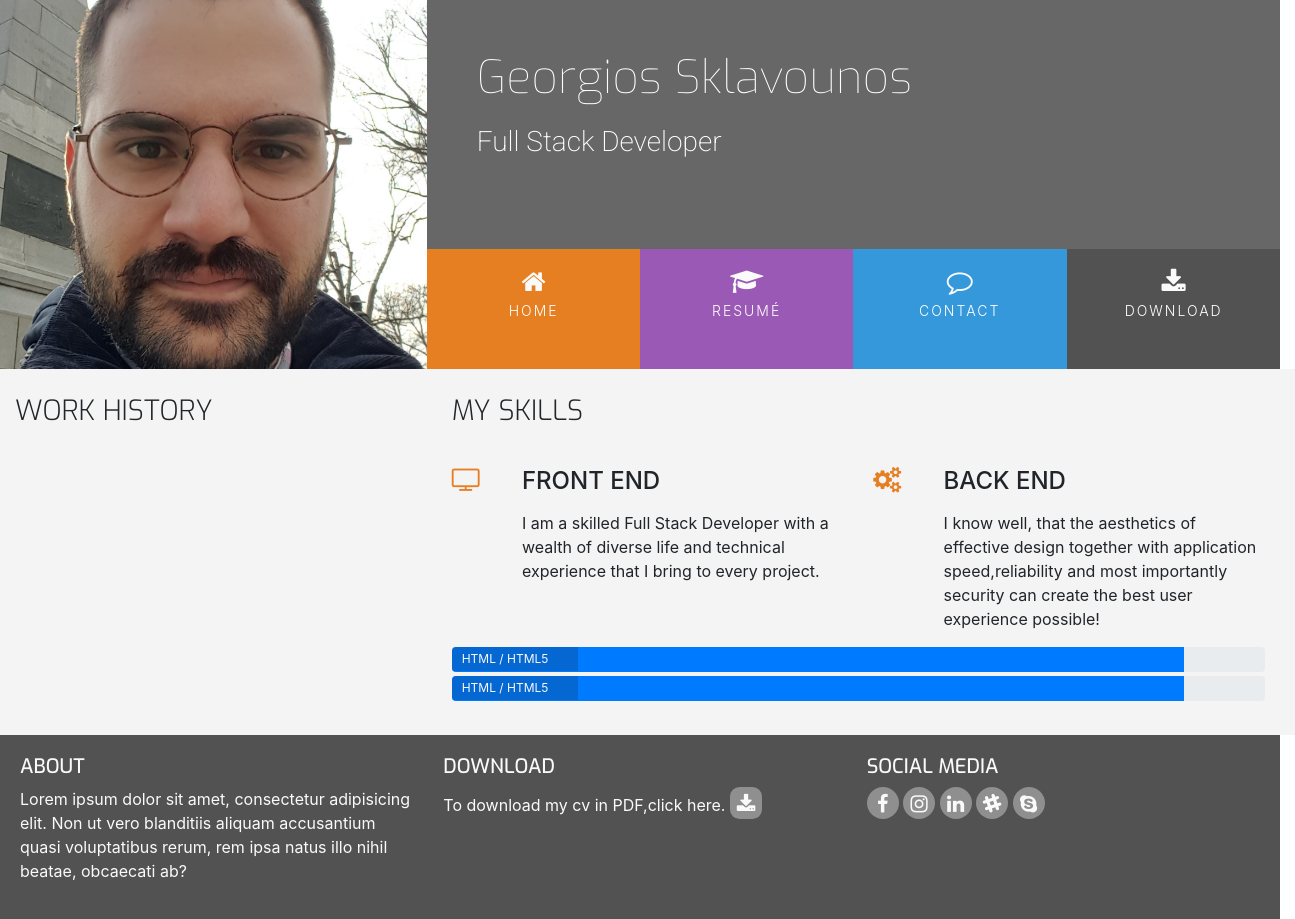
Repository: GeorgiosSklav/MyResume
Page: resume.html
The author's editor kept a record of every edit. The page is drawn from the files as they stood at one moment, then again after the next edit.
The browser window is 1280 px wide. The page is 1295 px wide, so the pictures cover 1295 px, including what lies to the right of the window. The pictures show the whole page.

Above is the page before.

### resume.html
<!DOCTYPE html>
<html lang="en">

<head>
    <meta charset="UTF-8">
    <meta name="viewport" content="width=device-width, initial-scale=1.0">
    <meta http-equiv="X-UA-Compatible" content="ie=edge">
    <link rel="stylesheet" href="https://stackpath.bootstrapcdn.com/bootstrap/4.3.1/css/bootstrap.min.css" type="text/css" />
    <link rel="stylesheet" href="https://stackpath.bootstrapcdn.com/font-awesome/4.7.0/css/font-awesome.min.css" type="text/css" />
    <link rel="stylesheet" href="assets/css/style.css" type="text/css" />
    <link rel="stylesheet" href="https://cdnjs.cloudflare.com/ajax/libs/hover.css/2.3.1/css/hover-min.css" type="text/css" />
    <title>Georgios Sklavounos resume</title>
</head>

<body>
    <header>
        <div class="row no-gutters">
            <a href="index.html" class="col-md-4 logo">

            </a>
            <div class="col-md-8">
                <div class="row no-gutters bg-color-name-title">
                    <div class="col heading">
                        <h1 class="name">Georgios Sklavounos</h1>
                        <h2 class="title">Full Stack Developer</h2>
                    </div>
                </div>
                <div class="row no-gutters">
                    <div class="col">
                        <ul id="nav" class="list-inline menucontainer">
                            <li class="col-6 col-sm-3 color-home list-inline-item menu-item">
                                <a href="#" class="hvr-sweep-to-right"><i class="fa fa-home" aria-hidden="true"></i><span>Home</span></a>
                            </li>
                            <li class="col-6 col-sm-3 color-resume list-inline-item menu-item">
                                <a href="#" class="hvr-sweep-to-left"><i class="fa fa-graduation-cap" aria-hidden="true"></i><span>Resumé</span></a>
                            </li>
                            <li class="col-6 col-sm-3 color-contact list-inline-item menu-item">
                                <a href="#" class="hvr-sweep-to-right"><i class="fa fa-comment-o" aria-hidden="true"></i><span>Contact</span></a>
                            </li>
                            <li class="col-6 col-sm-3 color-download list-inline-item menu-item">
                                <a href="#" class="hvr-sweep-to-left"><i class="fa fa-download" aria-hidden="true"></i><span>Download</span></a>
                            </li>
                        </ul>
                    </div>
                </div>
            </div>
    </header>
    <setion class="container-fluid">
        <div class="row">
            <div class="col-md-4 bg-color-personal-info section-column">
                <div class="row">
                    <div class="col-12">
                        <h3 class="section-heading uppercase">Work History</h3>
                    </div>
                </div>
            </div>
            <div class="col-md-8 bg-color-three-reasons section-column">
                <div class="row">
                    <div class="col">
                        <h3 class="section-heading uppercase">My Skills</h3>
                    </div>
                </div>
                <div class="row">
                    <div class="col-10 offset-1 offset-sm-0 col-sm-4 col-md-6">
                        <div class="row">
                            <div class="col-2">
                                <i class="three-reasons-icon fa fa-tv" aria-hidden="true"></i>
                            </div>
                            <div class="col-10">
                                <h4 class="three-reason-heading uppercase">Front End</h4>
                                <p>I am a skilled Full Stack Developer with a wealth of diverse life and technical experience that I bring to every project.</p>
                            </div>
                        </div>
                    </div>
                    <div class="col-10 offset-1 offset-sm-0 col-sm-4 col-md-6">
                        <div class="row">
                            <div class="col-2">
                                <i class="three-reasons-icon fa fa-gears" aria-hidden="true"></i>
                            </div>
                            <div class="col-10">
                                <h4 class="three-reason-heading uppercase">Back End</h4>
                                <p>I know well, that the aesthetics of effective design together with application speed,reliability and most importantly security can create the best user experience possible!</p>
                            </div>
                        </div>
                    </div>
                </div>
                <div class="row">
                    <div class="col">
                        <div class="progress">
                            <div class="progress-bar" role="progressbar" aria-valuenow="90" aria-valuemin="0" aria-valuemax="100" style="width:90%;">
                                <span class="sr-only">90% complete</span>
                            </div>
                            <span class="progress-type">HTML / HTML5</span>
                        </div>
                         <div class="progress">
                            <div class="progress-bar" role="progressbar" aria-valuenow="90" aria-valuemin="0" aria-valuemax="100" style="width:90%;">
                                <span class="sr-only">90% complete</span>
                            </div>
                            <span class="progress-type">HTML / HTML5</span>
                        </div>
                    </div>
                </div>
            </div>
        </div>
    </setion>
    <footer class="container-fluid">
        <div class="row" id="footer-details">
            <div class="col-sm-4">
                <h5 class="uppercase general-sub">About</h5>
                <p class="inline-block">
                    Lorem ipsum dolor sit amet, consectetur adipisicing elit. Non ut vero blanditiis aliquam accusantium quasi voluptatibus rerum, rem ipsa natus illo nihil beatae, obcaecati ab?
                </p>
            </div>
            <div class="col-sm-4">
                <h5 class="uppercase general-sub">Download</h5>
                <p class="inline-block">
                    To download my cv in PDF,click here.
                    <a href="#" target="_blank" class="cv-pdf">
                        <i class="fa fa-download" aria-hidden="true"></i>
                        <span class="sr-only">Download icon.</span>
                    </a>
                </p>
            </div>
            <div class="col-sm-4">
                <h5 class="uppercase general-sub">Social Media</h5>
                <ul class="list-inline social-links">
                    <li class="list-inline-item">
                        <a target="_blank" href="#">
                            <i class="fa fa-facebook"></i>
                            <span class="sr-only">Facebook</span>
                        </a>
                    </li>
                    <li class="list-inline-item">
                        <a target="_blank" href="#">
                            <i class="fa fa-instagram"></i>
                            <span class="sr-only">Instagram</span>
                        </a>
                    </li>
                    <li class="list-inline-item">
                        <a target="_blank" href="#">
                            <i class="fa fa-linkedin"></i>
                            <span class="sr-only">Linked-In</span>
                        </a>
                    </li>
                    <li class="list-inline-item">
                        <a target="_blank" href="#">
                            <i class="fa fa-slack"></i>
                            <span class="sr-only">Slack</span>
                        </a>
                    </li>
                    <li class="list-inline-item">
                        <a target="_blank" href="#">
                            <i class="fa fa-skype"></i>
                            <span class="sr-only">Skype</span>
                        </a>
                    </li>
                </ul>
            </div>
        </div>
    </footer>
</body>

</html>

### assets/css/style.css
@import url('https://fonts.googleapis.com/css?family=Roboto:100,200,300,400,500,600,700|Exo:100,200,300,400,500,600,700');



/*-------------------------colours*/

.bg-color-name-title {
    background-color: #676767;
}

.color-home {
    background-color: #e67e22;
}

.color-resume {
    background-color: #9b59b6;
}

.color-contact {
    background-color: #3498db;
}

.color-download {
    background-color: #525252;
}

.bg-color-three-reasons {
    background-color: #f4f4f4;
}

.bg-color-personal-info {
    background-color: #f4f4f4;
}


/*---------------------------------Paddings,texts,etc*/

h1,
h2,
h3,
h4 {
    margin: 0;
}

.uppercase {
    text-transform: uppercase;
}

.general-sub {
    font-family: "Exo", sans-serif;
    color: #fafafa;
}

.inline-block {
    display: inline-block;
}

.row-table {
    display: table;
}

.section-column {
    display: table-cell;
    padding: 0 30px 30px;
    float: none;
}

.section-heading {
    font-family: "Exo", sans-serif;
    font-weight: 300;
    margin-top: 25px;
    margin-bottom: 40px;
}

/*----------------------Container-fluid*/

.container-fluid {
    width: 100%;
    padding: 0;
    padding-bottom: 0;
    margin-right: auto;
    margin-left: auto;
}

/*----------------------heading*/

header {
    margin: 0;
}

.heading {
    margin-left: 50px;
}

.logo {
    background: url("../images/pic2.jpg");
    background-position: center;
    background-repeat: no-repeat;
    background-size: cover;
    min-height: 360px;
    transition: all 0.5s ease-in-out;
    -moz-transition: all 0.5s ease-in-out;
    -webkit-transition: all 0.5s ease-in-out;

}

.name {
    font-family: "Exo", sans-serif;
    font-weight: 100;
    font-size: 46px;
    margin-top: 50px;
    color: #fff;
}

.title {
    font-family: "Roboto", sans-serif;
    font-weight: 200;
    font-size: 28px;
    margin-top: 20px;
    margin-bottom: 90px;
    color: #fff;
}

.list-inline-item:not(:last-child) {
    margin: 0;
}

.menucontainer {
    font-size: 0;
}

#nav {
    margin: 0;
}

#nav li {
    font-size: 14px;
    padding: 0;
}

.menu-item {
    height: 120px;
    text-align: center;
    padding: 0;
}

.menu-item a {
    width: 100%;
    text-decoration: none;
    color: #fff;
    height: 120px;
}

.menu-item a i {
    padding-top: 20px;
    display: block;
    color: #fafafa;
    font-size: 26px;
}

.menu-item span {
    display: block;
    width: 100%;
    padding-top: 5px;
    text-align: center;
    text-transform: uppercase;
    font-size: 14px;
    font-weight: 300;
    letter-spacing: 2px;
}

/*--------------------------hover style*/

.hvr-sweep-to-right:before {
    background: rgb(0, 0, 0);
    height: 120px;
}

.hvr-sweep-to-left:before {
    background: rgba(0, 0, 0, 0.2);
    height: 120px;
}

/*---------------------------------footer*/

footer {
    background-color: #525252;
    color: #fafafa;
    min-height: 120px;
    margin: 0;
}

.social-links i {
    width: 32px;
    height: 32px;
    padding: 12px 0;
    border-radius: 50%;
    font-size: 20px;
    line-height: 10px;
    text-align: center;
    color: #fafafa;
    background: #8f8f8f;
    transition: all 0.35s ease-in-out;
    -moz-transition: all 0.35s ease-in-out;
    -o-transition: all 0.35s ease-in-out;
    -webkit-transition: all 0.35s ease-in-out;

}

.cv-pdf i {
    /*font-size: 19px;
    text-align: center;
    color: #fafafa;
    padding-left: 5px;
    transition: all 0.35s ease-in-out;
    -moz-transition: all 0.35s ease-in-out;
    -o-transition: all 0.35s ease-in-out;
    -webkit-transition: all 0.35s ease-in-out;*/
    width: 32px;
    height: 32px;
    padding: 12px 0;
    border-radius: 30%;
    font-size: 20px;
    line-height: 10px;
    text-align: center;
    color: #fafafa;
    background: #8f8f8f;
    transition: all 0.35s ease-in-out;
    -moz-transition: all 0.35s ease-in-out;
    -o-transition: all 0.35s ease-in-out;
    -webkit-transition: all 0.35s ease-in-out;


}

.cv-pdf i:hover {
    color: #e84610;
}

.social-links i:hover {
    color: #8f8f8f;
    background: #e84610;
}

#footer-details {
    padding: 20px;
}

/*----------------------three-reasons*/

.three-reasons-icon {
    font-size: 26px;
    color: #e67e22;
}

.three-reason-heading {
    margin-bottom: 15px;
}

/*----------------------personal-info*/

.personal-info-item {
    margin-bottom: 20px;
    display: block;
    clear: both;
}

.personal-info-item .key,
.personal-info-item .value {
    padding-right: 8px;
    display: inline-block;
}

.personal-info-item .key p,
.personal-info-item .value p {
    margin: 0;
}

.personal-info-item .key {
    width: 30%;
    margin-right: 21px;
    padding-top: 2px;
    vertical-align: top;
}

.personal-info-item .key p {
    font-weight: 700;
}

.personal-info-item .value {
    width: 60%;
    position: relative;
}

/*----------------------skills*/
.progress {
    position: relative;
    height: 25px;
    margin-bottom: 4px;
}
.progress-type {
    position: absolute;
    left: 0;
    font-weight: 400;
    padding: 3px 30px 3px 10px;
    color: #fafafa;
    background-color: rgba(25,25,25,0.2);
}

After the next edit:
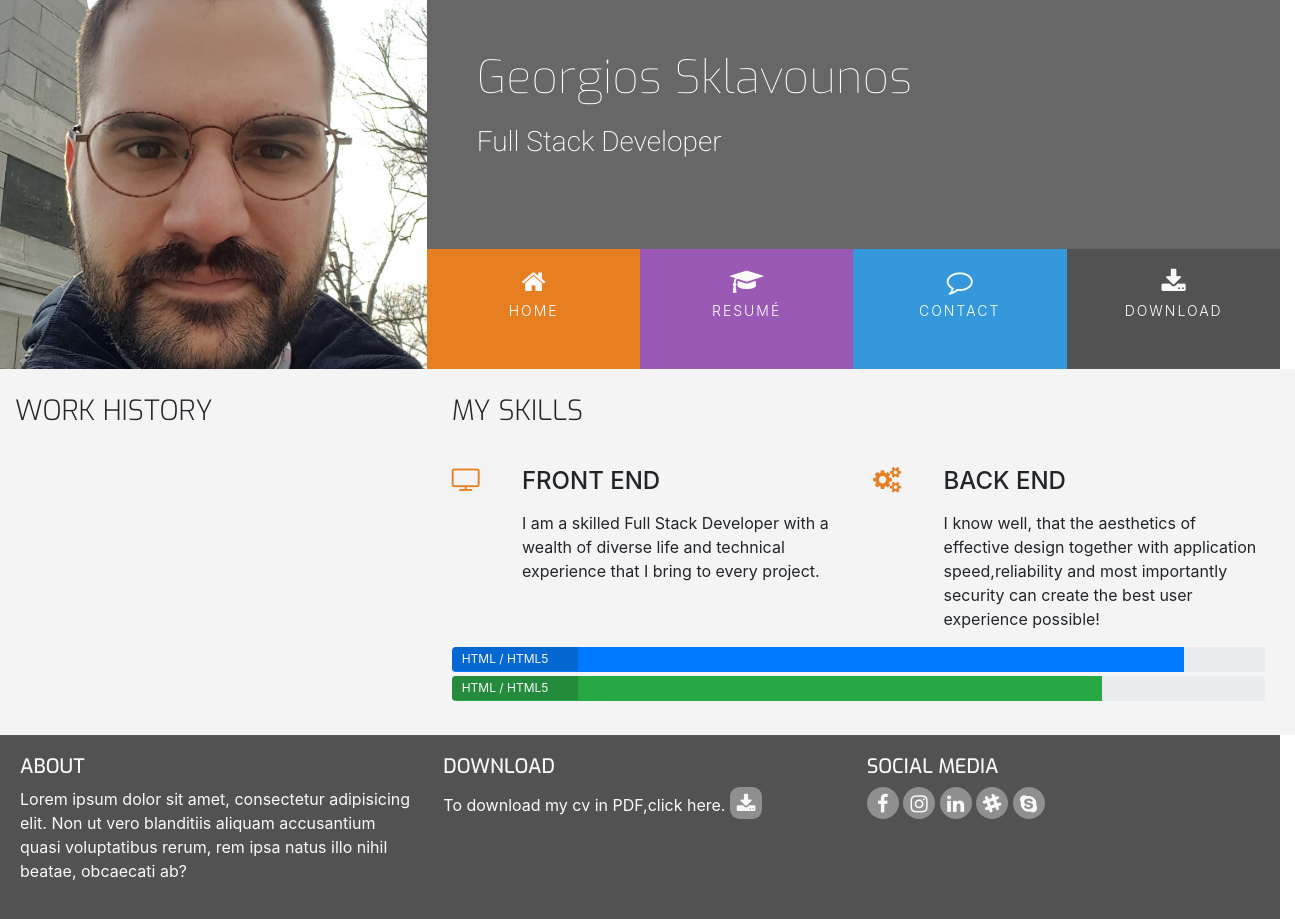
The edit:
--- a/resume.html
+++ b/resume.html
@@ -93,8 +93,8 @@
                             <span class="progress-type">HTML / HTML5</span>
                         </div>
                          <div class="progress">
-                            <div class="progress-bar" role="progressbar" aria-valuenow="90" aria-valuemin="0" aria-valuemax="100" style="width:90%;">
-                                <span class="sr-only">90% complete</span>
+                            <div class="progress-bar bg-success" role="progressbar" aria-valuenow="80" aria-valuemin="0" aria-valuemax="100" style="width:80%;">
+                                <span class="sr-only">80% complete</span>
                             </div>
                             <span class="progress-type">HTML / HTML5</span>
                         </div>
